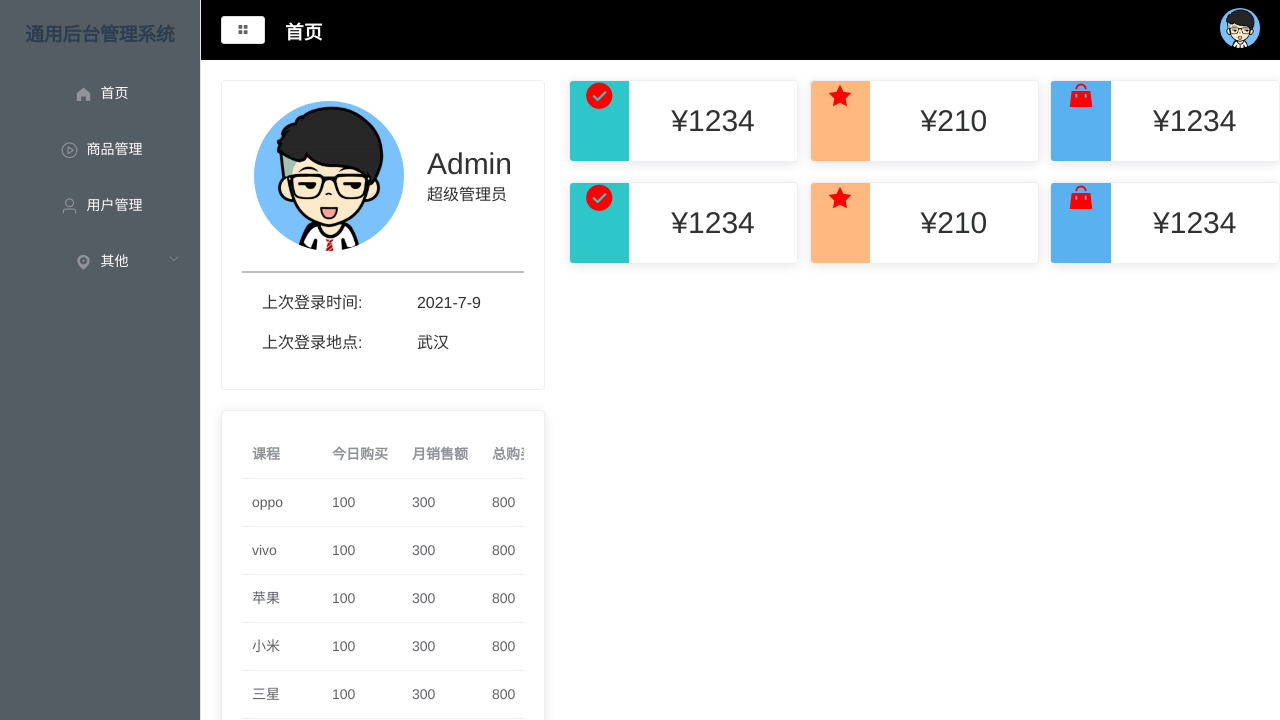
Repository: 385841539/VueStudy
Page: / (app in vue_cli/)
These files come from the project's save history. The page is drawn as it stood at one moment and after the next save; the edit follows.
The browser window is 1280 px wide. The pictures show the whole page.
An inner scrolling area shows only its first screen. The project was rebuilt for these pictures with package versions that can differ from the ones it lists, and the page was loaded fresh each time. Also part of the build but not shown: vue_cli/vue.config.js.

Above is the page before, as saved 2022-01-13 15:17:57.

### vue_cli/public/index.html
<!DOCTYPE html>
<html lang="">

<head>
  <meta charset="utf-8">
  <meta http-equiv="X-UA-Compatible" content="IE=edge">
  <meta name="viewport" content="width=device-width,initial-scale=1.0">
  <link rel="icon" href="<%= BASE_URL %>favicon.ico">
  <title>
    <%= htmlWebpackPlugin.options.title %>
  </title>
  <style>
    body {

      padding: 0px;
      margin: 0px;
      width: 100%;
      height: 100%;

    }
  </style>
</head>

<body>
  <noscript>
    <strong>We're sorry but <%= htmlWebpackPlugin.options.title %> doesn't work properly without JavaScript enabled.
        Please enable it to continue.</strong>
  </noscript>
  <div id="app"></div>
  <!-- built files will be auto injected -->
</body>

</html>

### vue_cli/src/main.js
import Vue from 'vue'
import App from './App.vue'
import './registerServiceWorker'
import router from './router'
import store from './store'

import ElementUI from 'element-ui';
import 'element-ui/lib/theme-chalk/index.css';

Vue.use(ElementUI);


Vue.config.productionTip = false



new Vue({
  router,
  store,
  render: h => h(App)
}).$mount('#app')

### vue_cli/src/App.vue
<template>
  <div id="app">
    <!-- <p>这是一个P段落</p>
    <el-button>按钮</el-button>
    <el-button type="info">信息</el-button>
    <el-radio v-model="radio" label="1">备选项1</el-radio>
    <el-radio v-model="radio" label="2">备选项1</el-radio>

    <div>
      <router-link to="/">去home组件</router-link>
      <router-link to="/about">去about组件</router-link>
    </div> -->

    <router-view></router-view>
  </div>
</template>
<script>


export default {
  data() {
    return {
      radio: "1",
    };
  },
};
</script>


<style lang="scss">
#app {
  font-family: Avenir, Helvetica, Arial, sans-serif;
  -webkit-font-smoothing: antialiased;
  -moz-osx-font-smoothing: grayscale;
  text-align: center;
  color: #2c3e50;
}

#nav {
  padding: 30px;

  a {
    font-weight: bold;
    color: #2c3e50;

    &.router-link-exact-active {
      color: #42b983;
    }
  }
}
</style>

### vue_cli/src/router/index.js
import Vue from 'vue'
import VueRouter from 'vue-router'
import Main from '../views/Main.vue'

Vue.use(VueRouter)

const routes = [
  {
    path: '/',
    name: 'main',
    component: Main,
    children: [

      {
        path: "/",
        name: "home",
        component: () => import('@/views/Home/Home')

      },
      {
        path: "/mall",
        name: "mall",
        component: () => import('@/views/Mall/Mall')

      },

    ]
  },
  {
    path: '/about',
    name: 'About',
    // route level code-splitting
    // this generates a separate chunk (about.[hash].js) for this route
    // which is lazy-loaded when the route is visited.
    component: () => import(/* webpackChunkName: "about" */ '../views/About.vue')
  }
]

const router = new VueRouter({
  mode: 'history',
  base: process.env.BASE_URL,
  routes
})

export default router

### vue_cli/src/store/index.js
import Vue from 'vue'
import Vuex from 'vuex'
import tab from "./tab"

Vue.use(Vuex)

export default new Vuex.Store({
  state: {
  },
  mutations: {
  },
  actions: {
  },
  modules: {
    tab
  }
})

### vue_cli/src/views/Main.vue
<template>
  <el-container style="height: 100vh">
    <el-aside width="auto">
      <CommonAside></CommonAside>
    </el-aside>
    <el-container>
      <el-header>
        <CommonHeader></CommonHeader>
      </el-header>
      <el-main>
        <router-view></router-view>
      </el-main>
    </el-container>
  </el-container>
</template>

<script>
// @ is an alias to /src
import CommonAside from "../components/CommonAside.vue";
import CommonHeader from "../components/CommonHeader.vue";

export default {
  name: "main",
  components: {
    CommonAside,
    CommonHeader,
  },
};
</script>
<style lang='scss' scoped>
.el-container {
  padding: 0px;
  max-width: 100%;
}
.el-aside {
  margin: 0px;
  padding: 0px;
}
.el-header {
  background-color: black;
  width: 100%;
  padding: 0%;
  margin: 0%;
}
.el-main {
  padding: 0px;
  height: 100%;
  width: 100%;
}
.router-view {
  padding: 0px;
  height: 100%;
  width: 100%;
}
</style>

### vue_cli/src/views/Home/Home.vue




<template>
  <div>
    <el-row :gutter="24">
      <el-col :span="8" style="margin-top: 20px">
        <el-card shadow="hover">
          <div class="user">
            <img :src="userImg" />
            <div class="userInfo">
              <p style="font-size: 30px">Admin</p>
              <p>超级管理员</p>
            </div>
          </div>

          <div class="loginInfo">
            <p>上次登录时间: <span>2021-7-9</span></p>
            <p>上次登录地点: <span>武汉</span></p>
          </div>
        </el-card>
        <el-card style="height: 470px; margin-top: 20px">
          <el-table :data="tableData">
            <el-table-column
              show-overflow-tooltip
              v-for="(value, key) in tableLabel"
              :key="key"
              :prop="key"
              :label="value"
            ></el-table-column>
          </el-table>
        </el-card>
      </el-col>
      <el-col :span="16" style="margin-top: 20px">
        <div class="num">
          <el-card
            shandow="hover"
            v-for="item in countData"
            :key="item.name"
            :body-style="{ display: 'flex', padding: 0 }"
          >
            <i
              class="icon"
              :class="`el-icon-${item.icon}`"
              :style="{ background: item.color }"
            ></i>
            <div class="detail">
              <p class="num">¥{{ item.value }}</p>
              <p class="txt">¥{{ item.name }}</p>
            </div>
          </el-card>
        </div>
      </el-col>
    </el-row>
  </div>
</template>



<script>
export default {
  data() {
    return {
      userImg: require("../../assets/images/user.png"),
      tableData: [
        {
          name: "oppo",
          todayBuy: 100,
          monthBuy: 300,
          totalBuy: 800,
        },
        {
          name: "vivo",
          todayBuy: 100,
          monthBuy: 300,
          totalBuy: 800,
        },
        {
          name: "苹果",
          todayBuy: 100,
          monthBuy: 300,
          totalBuy: 800,
        },
        {
          name: "小米",
          todayBuy: 100,
          monthBuy: 300,
          totalBuy: 800,
        },
        {
          name: "三星",
          todayBuy: 100,
          monthBuy: 300,
          totalBuy: 800,
        },
        {
          name: "魅族",
          todayBuy: 100,
          monthBuy: 300,
          totalBuy: 800,
        },
      ],
      tableLabel: {
        name: "课程",
        todayBuy: "今日购买",
        monthBuy: "月销售额",
        totalBuy: "总购买量",
      },
      countData: [
        {
          name: "今日支付订单",
          value: 1234,
          icon: "success",
          color: "#2ec7c9",
        },
        {
          name: "今日收藏订单",
          value: 210,
          icon: "star-on",
          color: "#ffb980",
        },
        {
          name: "今日未支付订单",
          value: 1234,
          icon: "s-goods",
          color: "#5ab1ef",
        },
        {
          name: "本月支付订单",
          value: 1234,
          icon: "success",
          color: "#2ec7c9",
        },
        {
          name: "本月收藏订单",
          value: 210,
          icon: "star-on",
          color: "#ffb980",
        },
        {
          name: "本月未支付订单",
          value: 1234,
          icon: "s-goods",
          color: "#5ab1ef",
        },
      ],
    };
  },
};
</script>


<style  lang="scss" scoped>
// div {
//   background: blue;
//   height: 100%;
//   padding: 0px;
//   margin: 0px;
// }
.el-card {
  margin-left: 20px;
}

.user {
  display: flex;
  align-items: center;
  justify-content: space-around;
  border-bottom: 2px solid rgb(194, 189, 189);

  padding-bottom: 20px;
  .userInfo {
    text-align: start;

    p {
      margin: 0px;
    }
  }
  img {
    width: 150px;
    height: 150px;
    border-radius: 50%;
  }
}

.loginInfo {
  // background-color: yellowgreen;
  margin-top: 0px;
  text-align: start;
  padding-left: 20px;

  span {
    margin-left: 50px;
  }
}

.num {
  display: flex;
  flex-wrap: wrap;
  justify-content: space-between;
  margin: 0px;
  .el-card {
    margin: 0px;
    width: 32%;
    margin-bottom: 20px;
    height: 80px;
    line-height: 80px;
  }
  .icon {
    font-size: 30px;
    width: 80px;
    height: 80px;
    color: red;
  }
  .detail {
    display: flex;
    flex-direction: column;
    justify-content: center;
    width: 100%;

    .num {
      font-size: 30px;

      justify-content: center;
    }
    .txt {
      font-size: 14px;
      justify-content: center;
    }
    p {
      margin: 0px;
    }
  }
}
</style>

### vue_cli/src/store/tab.js
export default {


    state: {

        isCollapse: false

    },


    mutations: {

        collaspseMenu(state) {
            state.isCollapse = !state.isCollapse

        }



    }


}

### vue_cli/src/components/CommonAside.vue
<template>
  <el-menu
    class="el-menu-vertical-demo"
    :collapse="isCollapse"
    background-color="#545c64"
    text-color="#fff"
    active-text-color="#ffd04b"
  >
    <h3>{{ getName }}</h3>

    <el-menu-item
      :index="item.path"
      v-for="item in noChildren"
      :key="item.name"
      @click="clickMenu(item)"
    >
      <i :class="'el-icon-' + item.icon"></i>
      <span slot="title">{{ item.label }}</span>
    </el-menu-item>

    <el-submenu
      :index="item.label"
      v-for="item in hazChildren"
      :key="item.label"
    >
      <div slot="title">
        <i :class="'el-icon-' + item.icon"></i>
        <span>{{ item.label }}</span>
      </div>

      <el-menu-item-group>
        <el-menu-item
          v-for="(subItem, subIndex) in item.children"
          :index="subItem.path"
          :key="subIndex"
        >
          <i :class="'el-icon-' + subItem.icon"></i>
          <span slot="title">{{ subItem.label }}</span>
        </el-menu-item>
      </el-menu-item-group>
    </el-submenu>
  </el-menu>
</template>

<style>
.el-menu-vertical-demo:not(.el-menu--collapse) {
  width: 200px;
  height: 100%;
  min-height: 400px;
}

</style>


<script>
export default {
  data() {
    return {
      menu: [
        {
          path: "/",
          name: "home",
          label: "首页",
          icon: "s-home",
          url: "Home/Home",
        },
        {
          path: "/mall",
          name: "mall",
          label: "商品管理",
          icon: "video-play",
          url: "MallManage/MallManage",
        },
        {
          path: "/user",
          name: "user",
          label: "用户管理",
          icon: "user",
          url: "UserMange/UserMange",
        },
        {
          label: "其他",
          icon: "location",
          children: [
            {
              path: "/page1",
              name: "page1",
              label: "页面1",
              icon: "setting",
              url: "Other/PageOne",
            },
            {
              path: "/page2",
              name: "page2",
              label: "页面2",
              icon: "setting",
              url: "Other/PageTwo",
            },
          ],
        },
      ],
    };
  },
  methods: {
    clickMenu(item) {
      console.log(item);
      this.$router.push({ name: item.name });
    },
  },
  computed: {
    isCollapse() {
      return this.$store.state.tab.isCollapse;
    },
    getName() {
      if (this.isCollapse) return "后台";

      return "通用后台管理系统";
    },
    noChildren() {
      return this.menu.filter((item) => {
        console.log(item);
        return !item.children;
      });
    },
    hazChildren() {
      return this.menu.filter((item) => item.children);
    },
  },
};
</script>

### vue_cli/src/components/CommonHeader.vue
<template>
  <header>
    <div class="l-content">
      <el-button
        plain
        icon="el-icon-menu"
        size="mini"
        v-on:click="handleMenu"
      ></el-button>
      <h3 class="home-title">首页</h3>
    </div>

    <div class="r-content">
      <el-dropdown szie="mini" trigger="click">
        <span>
          <img :src="userImg" class="user" />
        </span>

        <el-dropdown-menu slot="dropdown">
          <el-dropdown-item>个人中心</el-dropdown-item>
          <el-dropdown-item>个人中心1</el-dropdown-item>
        </el-dropdown-menu>
      </el-dropdown>
    </div>
  </header>
</template>



<script>
export default {
  data() {
    return {
      userImg: require("../assets/images/user.png"),
    };
  },

  methods: {
    handleMenu() {
      this.$store.commit("collaspseMenu");
    },
  },
};
</script>


<style  lang="scss" scoped>
header {
  display: flex;
  height: 100%;
  width: 100%;
  align-items: center;
  justify-content: space-between;
  padding: 0;
  margin: 0;
}

.home-title {
  color: white;
}

.l-content {
  display: flex;
  align-items: center;
  margin-left: 20px;
  .el-button {
    margin-right: 20px;
  }
}

.r-content {
  .user {
    width: 40px;
    height: 40px;
    border-radius: 50%;
    margin-right: 20px;
  }
}
</style>

Loaded but not shown: vue_cli/src/registerServiceWorker.js (common file)

After the next save:
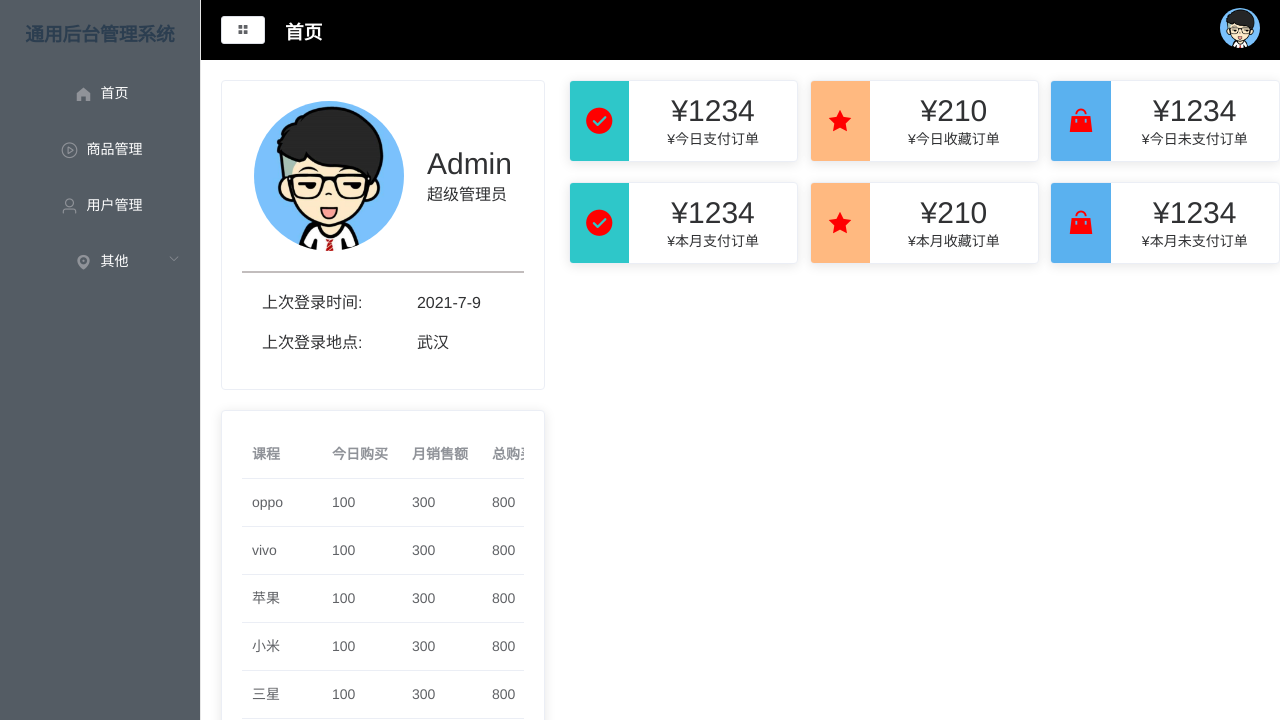
Saved 6 s later.
--- a/vue_cli/src/views/Home/Home.vue
+++ b/vue_cli/src/views/Home/Home.vue
@@ -204,13 +204,14 @@ export default {
     width: 32%;
     margin-bottom: 20px;
     height: 80px;
-    line-height: 80px;
   }
   .icon {
     font-size: 30px;
     width: 80px;
     height: 80px;
     color: red;
+        line-height: 80px;
+
   }
   .detail {
     display: flex;
